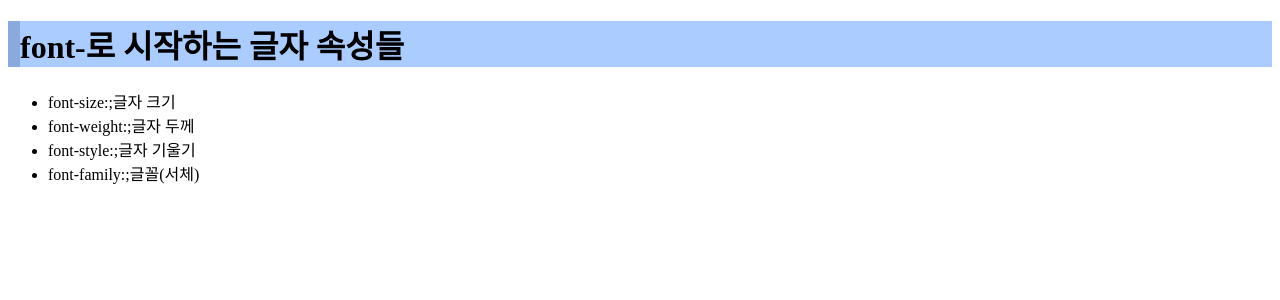
Repository: Git-Seokcoding/WEB
Page: CSS3/src/main/webapp/font.html
An editor plug-in stored every save of this project. The page is shown before and after the next save, followed by the edit.
The browser window is 1280 px wide. The pictures show the whole page.

Above is the page before, as saved 2023-10-12 08:37:29.

### CSS3/src/main/webapp/font.html
<!DOCTYPE html>
<html>
<head>
<meta charset="UTF-8">
<title>font-</title>
	<link href="font.css" rel="stylesheet">
</head>
<body>
	<h1>font-로 시작하는 글자 속성들</h1>
	<ul>
	<li>font-size:;글자 크기</li>
	<li>font-weight:;글자 두께</li>
	<li>font-style:;글자 기울기</li>
	<li>font-family:;글꼴(서체)</li>
	</ul>
</body>
</html>

### CSS3/src/main/webapp/font.css
@charset "UTF-8";
h1 {background-color: #acf;
	border-left:12px solid #8ad;
}

After the next save:
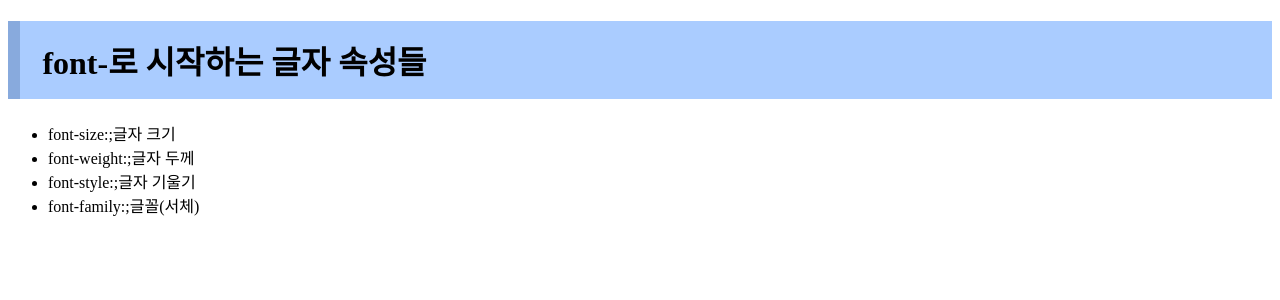
Saved 23 s later.
--- a/CSS3/src/main/webapp/font.css
+++ b/CSS3/src/main/webapp/font.css
@@ -1,4 +1,5 @@
 @charset "UTF-8";
 h1 {background-color: #acf;
 	border-left:12px solid #8ad;
+	padding:0.5em 0.7em;
 }
